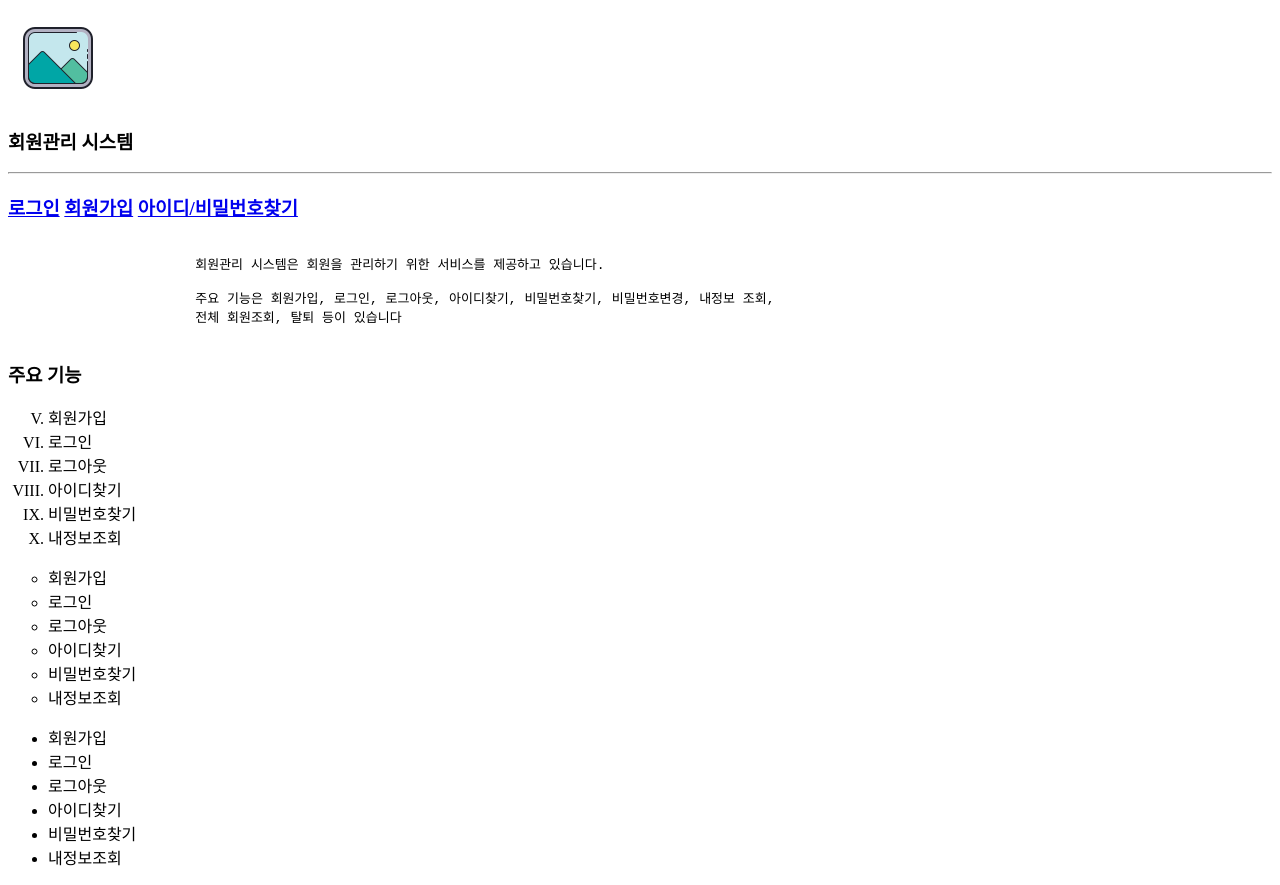
Repository: jelly02/workspace_web
Page: 01.html_basic/src/main/webapp/result.html
The author's editor kept a copy of each file at every save. The page is drawn from the files as they stood at one save, then again after the next save.
The browser window is 1280 px wide. The pictures show the whole page.

Above is the page before, as saved 2021-06-23 07:26:48.

### 01.html_basic/src/main/webapp/result.html
<!--  문서타입 선언문 : html4 -->

<!DOCTYPE html PUBLIC "-//W3C//DTD HTML 4.01 Transitional//EN" "http://www.w3.org/TR/html4/loose.dtd">
<html>
	<head>
		<meta http-equiv="Content-Type" content="text/html; charset=UTF-8">
		<title>MMS (Member Management System)</title>
	</head>

	<!-- 이미지 로고
		1. 현재 폴더는 "."임

	-->
	<a href="index.html"><img src = "img/icon.png"></a>

	<body>
		<h3>회원관리 시스템</h3>
		<hr>

		<h3>
			<a href="login.html">로그인</a>
			<a href="joinMember.html">회원가입</a>
			<a href="findMember.html">아이디/비밀번호찾기</a>
		</h3>


		<pre>
			회원관리 시스템은 회원을 관리하기 위한 서비스를 제공하고 있습니다. <br>
			주요 기능은 회원가입, 로그인, 로그아웃, 아이디찾기, 비밀번호찾기, 비밀번호변경, 내정보 조회,
			전체 회원조회, 탈퇴 등이 있습니다
		</pre>

		<h3>주요 기능</h3>

		<!-- type : default는 1234 /type = "A", "i", "I" -->
			<ol type = "I" start ="5">
				<li>회원가입</li>
				<li>로그인</li>
				<li>로그아웃</li>
				<li>아이디찾기</li>
				<li>비밀번호찾기</li>
				<li>내정보조회</li>
			</ol>

			<ul type = "circle">
				<li>회원가입</li>
				<li>로그인</li>
				<li>로그아웃</li>
				<li>아이디찾기</li>
				<li>비밀번호찾기</li>
				<li>내정보조회</li>
			</ul>

			<ul type = "disc">
				<li>회원가입</li>
				<li>로그인</li>
				<li>로그아웃</li>
				<li>아이디찾기</li>
				<li>비밀번호찾기</li>
				<li>내정보조회</li>
			</ul>

	</body>
</html>

After the next save:
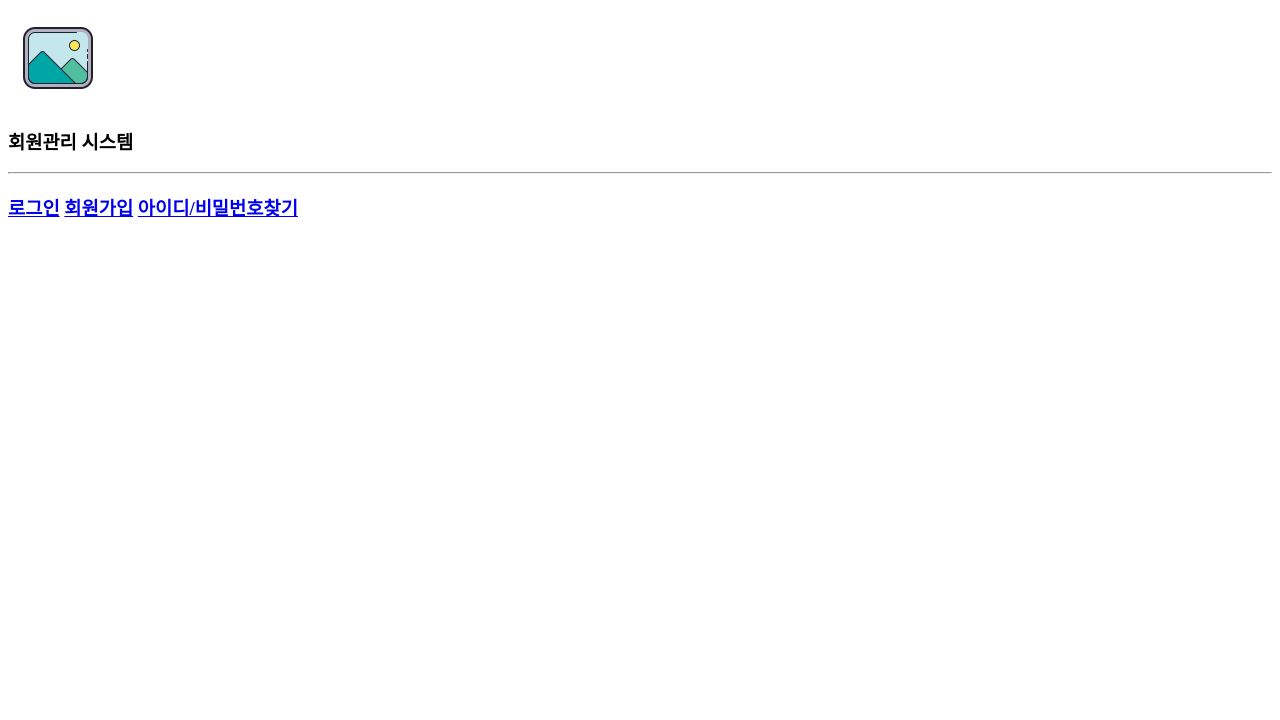
Saved 27 min 21 s later.
--- a/01.html_basic/src/main/webapp/result.html
+++ b/01.html_basic/src/main/webapp/result.html
@@ -24,41 +24,7 @@
 		</h3>
 
 
-		<pre>
-			회원관리 시스템은 회원을 관리하기 위한 서비스를 제공하고 있습니다. <br>
-			주요 기능은 회원가입, 로그인, 로그아웃, 아이디찾기, 비밀번호찾기, 비밀번호변경, 내정보 조회,
-			전체 회원조회, 탈퇴 등이 있습니다
-		</pre>
 
-		<h3>주요 기능</h3>
-
-		<!-- type : default는 1234 /type = "A", "i", "I" -->
-			<ol type = "I" start ="5">
-				<li>회원가입</li>
-				<li>로그인</li>
-				<li>로그아웃</li>
-				<li>아이디찾기</li>
-				<li>비밀번호찾기</li>
-				<li>내정보조회</li>
-			</ol>
-
-			<ul type = "circle">
-				<li>회원가입</li>
-				<li>로그인</li>
-				<li>로그아웃</li>
-				<li>아이디찾기</li>
-				<li>비밀번호찾기</li>
-				<li>내정보조회</li>
-			</ul>
-
-			<ul type = "disc">
-				<li>회원가입</li>
-				<li>로그인</li>
-				<li>로그아웃</li>
-				<li>아이디찾기</li>
-				<li>비밀번호찾기</li>
-				<li>내정보조회</li>
-			</ul>
 
 	</body>
 </html>
